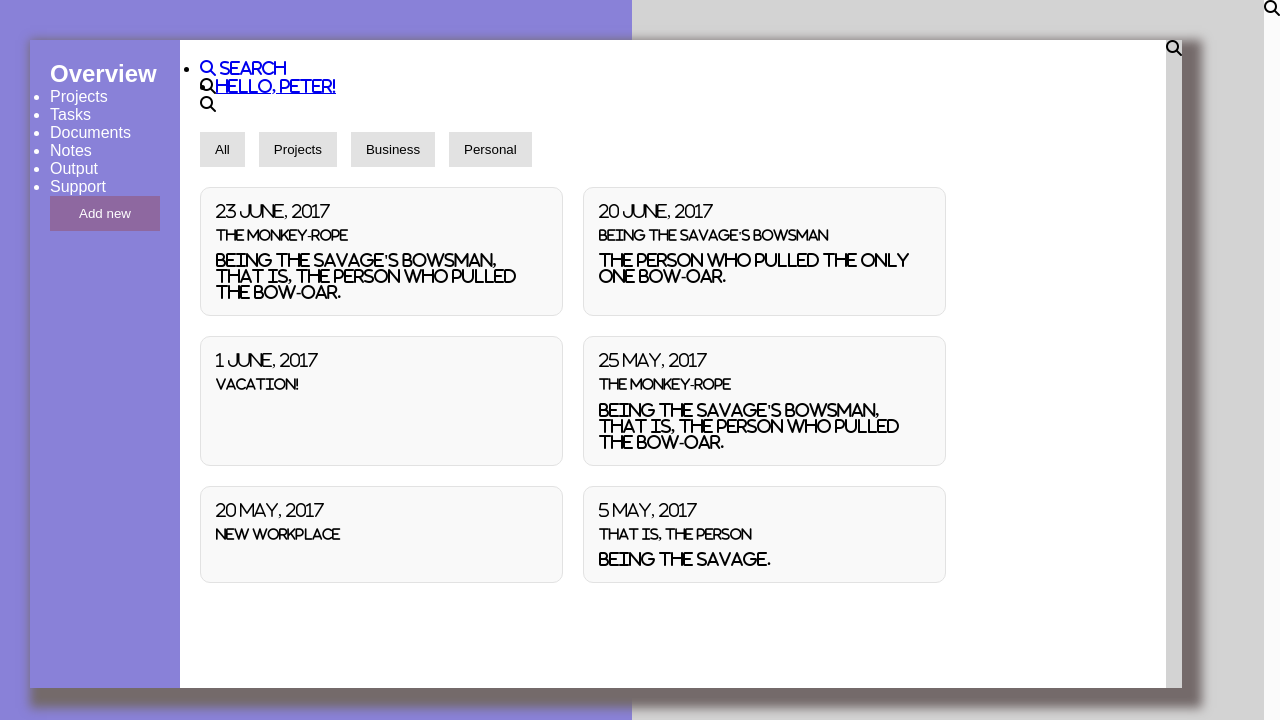
Repository: SatenikGabrielyan/HTML_CSS-_Assignment
Page: index.html
The author's editor kept a copy of each file at every save. The page is drawn from the files as they stood at one save, then again after a run of saves.
The browser window is 1280 px wide. The pictures show the whole page.
Some web libraries are served in a nearby version.

Above is the page before, as saved 2025-03-17 20:19:39.

### index.html
<!DOCTYPE html>
<html lang="en">
  <head>
    <meta charset="UTF-8" />
    <meta name="viewport" content="width=device-width, initial-scale=1.0" />
    <title>Notes App</title>
    <link rel="stylesheet" href="./style.css" />
    <!-- Include Font Awesome for icons -->
    <!-- <link href="https://cdnjs.cloudflare.com/ajax/libs/font-awesome/6.0.0-beta3/css/all.min.css" rel="stylesheet"/> -->
    <script src="https://kit.fontawesome.com/858d305f19.js" crossorigin="anonymous"></script>
</head>
  <body>

      <div class="cont">
          <div class="purp"></div>
          <div class="whit"></div>
      </div>
    <div class="container">
<!--
      <nav class="sidebar">
        <div class="sidebar-header">
          <h2>Notes</h2>
        </div>
        <ul class="sidebar-list">
          <li><i class="fas fa-home"></i> Home</li>
          <li><i class="fas fa-search"></i> Search</li>
          <li><i class="fas fa-bell"></i> Notifications</li>
        </ul>
      </nav>

      <main class="main-content">
        <header>
          <div class="header-left">
            <p>Hello, Peter!</p>
          </div>
          <div class="header-right">
            <i class="fas fa-bell"></i>
            <button class="add-note-btn">
              <i class="fas fa-plus"></i> Add New Note
            </button>
          </div>
        </header>
        <section class="notes-grid">

          <div class="note-item image-note">
            <img src="https://via.placeholder.com/150" alt="Note Image" />
          </div>

          <div class="note-item text-note">
            <p>Sample text note content...</p>
          </div>

          <div class="note-item mixed-note">
            <img src="https://via.placeholder.com/150" alt="Note Image" />
            <p>Sample mixed note content...</p>
          </div>
        </section>
      </main> -->
      <aside class="sidebar">
        <header>
            <h2>Overview</h2>
        </header>
        <nav>
            <ul>
                <li>Projects</li>
                <li>Tasks</li>
                <li>Documents</li>
                <li>Notes</li>
                <li>Output</li>
                <li>Support</li>
            </ul>
        </nav>
        <button class="add-new">Add new</button>
    </aside>

    <main class="main-content">
        <!-- <div class="header">
            <input type="text" placeholder="Search"><i class="fas fa-search"></i>
            <h3>Hello, Peter!</h3>
        <!-- </div> -->
        <!-- <nav class="sidebar"> -->
            <!-- <div class="sidebar-header">
              <h2>Notes</h2>
            </div>
            <ul class="sidebar-list">
              <li><i class="fas fa-home"></i> Home</li>
              <li><i class="fas fa-search"></i> Search</li>
              <li><i class="fas fa-bell"></i> Notifications</li>
            </ul> -->
          <!-- </nav> -->
          <ul class="ab">
            <li class="about"><a href="#search"><i class="fas fa-search"> Search</a></li>
            <li style="float:right"><a class="active" href="#about">Hello, Peter!</a></li>
          </ul>
        <div class="tabs">
            <button>All</button>
            <button>Projects</button>
            <button>Business</button>
            <button>Personal</button>
        </div>
        <div class="notes-grid">
            <div class="note-card">
                <h4>23 June, 2017</h4>
                <h5>The monkey-rope</h5>
                <p>Being the savage's bowsman, that is, the person who pulled the bow-oar.</p>
            </div>
            <div class="note-card">
                <h4>20 June, 2017</h4>
                <h5>Being the savage's bowsman</h5>
                <p>The person who pulled the only one bow-oar.</p>
            </div>
            <div class="note-card">
                <h4>1 June, 2017</h4>
                <h5>Vacation!</h5>
            </div>
            <div class="note-card">
                <h4>25 May, 2017</h4>
                <h5>The monkey-rope</h5>
                <p>Being the savage's bowsman, that is, the person who pulled the bow-oar.</p>
            </div>
            <div class="note-card">
                <h4>20 May, 2017</h4>
                <h5>New workplace</h5>
            </div>
            <div class="note-card">
                <h4>5 May, 2017</h4>
                <h5>That is, the person</h5>
                <p>Being the savage.</p>
            </div>
        </div>
    </main>
    </div>

  </body>
</html>

### style.css
/* CSS Variables for Colors */
:root {
    --bg-color: #fbfbfb;
    --primary-color: #8981d8;
    --secondary-color: #d0d0d0;
    --text-color: #858499;
    --highlight-color: #7f77cc;
    --hover-color: rgba(137, 129, 216, 0.5);
  }


  * {
    margin: 0;
    padding: 0;
    box-sizing: border-box;
  }

  body {
    font-family: Arial, sans-serif;
    background-color: var(--bg-color);
    display: flex;
    height: 100vh;
  }
  .wrapper{
    position: relative;
  }
  .cont{
      display: flex;
      width: 100%;
      position: relative;
      z-index: -1;
      border-radius: 10px;
  }
.purp {
    width: 50%;
    background-color: var(--primary-color);
    flex-direction: row;
}
.whit {
    width: 50%;
    background-color: lightgray;
    flex-direction: row;
}
  .container {
    display: flex;
    width: 90%;
    height: 90%;

    box-shadow: 10px 10px 10px 10px rgb(116, 106, 106);
    margin-left: 30px;
    margin-right: 30px;
    margin-top: 40px;
    margin-bottom: 80px;
    background: center;
    position: absolute;
    z-index: 2;
  }

   .sidebar {
    width: 150px;
    background-color: var(--primary-color);
    color: #fff;
    display: flex;
    flex-direction: column;
    padding: 20px;
  }

  .sidebar-header h2 {
    margin-bottom: 20px;
  }

  .sidebar-list {
    list-style: none;
  }

  .sidebar-list li {
    margin: 15px 0;
    display: flex;
    align-items: center;
    cursor: pointer;
  }

  .sidebar-list li i {
    margin-right: 10px;
  }
   */
  .main-content {
    background-color: white;
    width: 200px;
    flex-grow: 1;
    padding: 20px;
    overflow-y: auto;
  }

  /* header {
    display: flex;
    justify-content: space-between;
    align-items: center;
    margin-bottom: 20px;
  }

  .header-left p {
    font-size: 1.2em;
    color: var(--text-color);
  }

  .header-right {
    display: flex;
    align-items: center;
  }

  .header-right i {
    margin-right: 20px;
    cursor: pointer;
  }

  .add-note-btn {
    background-color: var(--primary-color);
    color: #fff;
    border: none;
    padding: 10px 20px;
    cursor: pointer;
    display: flex;
    align-items: center;
  }

  .add-note-btn i {
    margin-right: 10px;
  }


  .notes-grid {
    display: grid;
    grid-template-columns: repeat(auto-fill, minmax(300px, 1fr));
    gap: 20px;
  }

  .note-item {
    background-color: #fff;
    border-radius: 8px;
    box-shadow: 0 2px 4px rgba(0, 0, 0, 0.1);
    overflow: hidden;
    display: flex;
    flex-direction: column;
    padding: 20px;
  }

  .note-item img {
    width: 100%;
    height: auto;
    border-radius: 8px;
    margin-bottom: 15px;
  }

  .note-item p {
    color: var(--text-color);
    font-size: 1em;
    line-height: 1.5;
  }


  .sidebar-list li:hover {
    background-color: var(--highlight-color);
    transition: background-color 0.3s ease;
  }


  @media (max-width: 768px) {
    .container {
      flex-direction: column;
    }

    .sidebar {
      width: 100%;
      flex-direction: row;
      justify-content: space-around;
      padding: 10px;
    }

    .sidebar-list {
      display: flex;
      flex-direction: row;
      gap: 15px;
    }

    .sidebar-list li {
      margin: 0;
    }

    .main-content {
      padding: 10px;
    }

    header {
      flex-direction: column;
      align-items: flex-start;
    }

    .header-right {
      margin-top: 10px;
    }

    .notes-grid {
      grid-template-columns: 1fr;
    }

    .note-item {
      padding: 10px;
    }

    .note-item img {
      margin-bottom: 10px;
    }
  } */
  /* .sidebar {
    background-color: #5e4b9a;
    color: white;
    width: 300px;
    padding: 20px;
} */

/* .sidebar header {
    font-size: 24px;
}

.sidebar nav ul {
    list-style: none;
    padding: 0;
}

.sidebar nav ul li {
    margin: 15px 0;
} */

.add-new {
    background-color: #8e68a0;
    color: white;
    border: none;
    padding: 10px;
    cursor: pointer;
}

.main-content {
    flex: 1;
    padding: 20px;
    background-color: white;
}

.header {
    display: flex;
    justify-content: space-between;
    align-items: center;
}

.header input {
    padding: 10px;
    width: 70%;
}

.header h3 {
    margin: 0;
}

.tabs {
    margin: 20px 0;
}

.tabs button {
    margin-right: 10px;
    padding: 10px 15px;
    border: none;
    background-color: #e2e2e2;
    cursor: pointer;
}

.notes-grid {
    display: grid;
    grid-template-columns: repeat(auto-fill, minmax(240px, 1fr));
    gap: 20px;
}

.note-card {
    border: 1px solid #e2e2e2;
    border-radius: 10px;
    padding: 15px;
    background-color: #f9f9f9;
}

.note-card h4 {
    margin: 0;
    font-weight: normal;
}

.note-card h5 {
    margin: 10px 0;
}

After the next 5 saves:
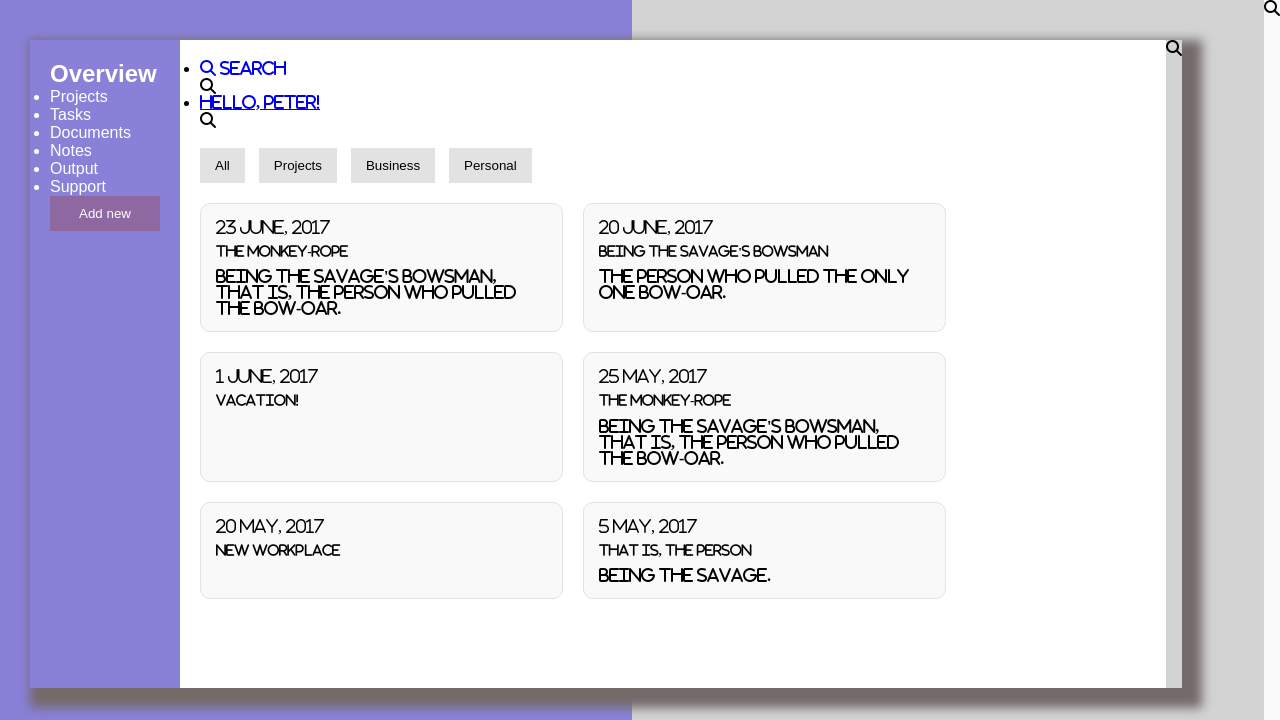
The 5 saves are shown as one change because they came seconds apart.
The last was saved 20 s later.
--- a/index.html
+++ b/index.html
@@ -90,7 +90,8 @@
           <!-- </nav> -->
           <ul class="ab">
             <li class="about"><a href="#search"><i class="fas fa-search"> Search</a></li>
-            <li style="float:right"><a class="active" href="#about">Hello, Peter!</a></li>
+            <li class="about"
+            zzzstyle="float:right"><a class="active" href="#about">Hello, Peter!</a></li>
           </ul>
         <div class="tabs">
             <button>All</button>

After the 2 saves that followed:
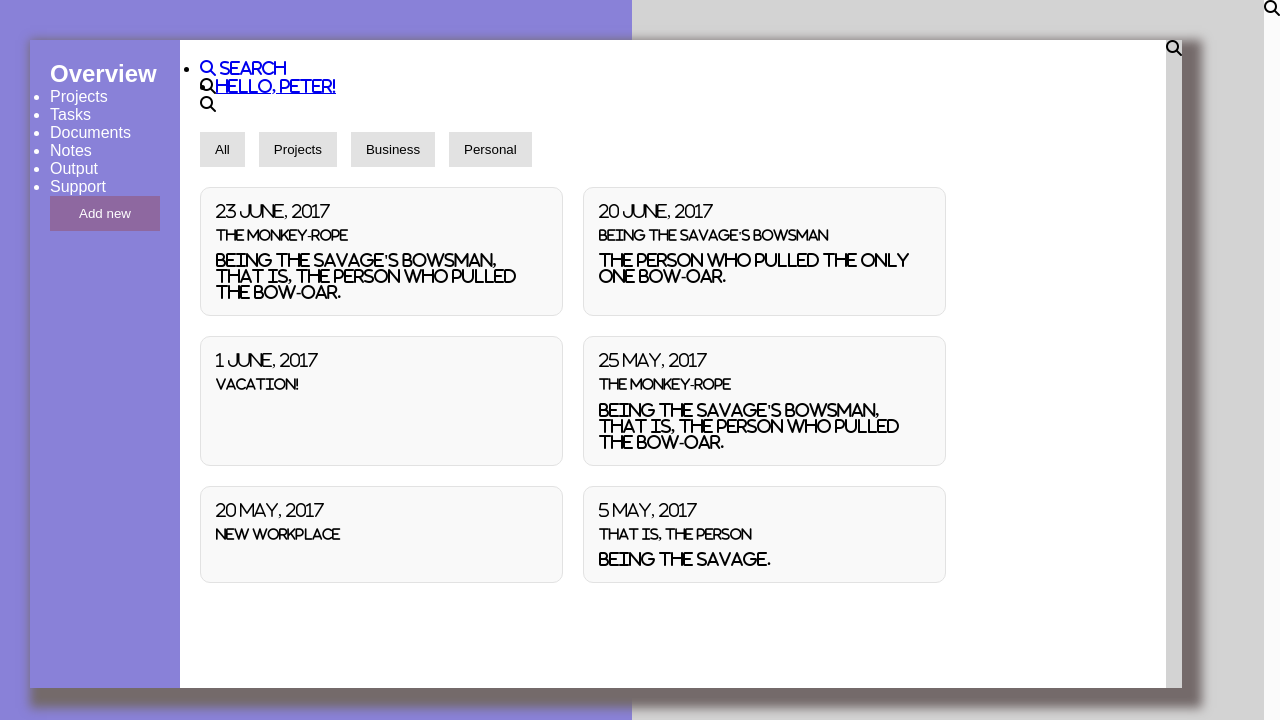
The 2 saves are shown as one change because they came seconds apart.
The last was saved 6 s later.
--- a/index.html
+++ b/index.html
@@ -90,8 +90,7 @@
           <!-- </nav> -->
           <ul class="ab">
             <li class="about"><a href="#search"><i class="fas fa-search"> Search</a></li>
-            <li class="about"
-            zzzstyle="float:right"><a class="active" href="#about">Hello, Peter!</a></li>
+            <li class="about" style="float:right"><a class="active" href="#about">Hello, Peter!</a></li>
           </ul>
         <div class="tabs">
             <button>All</button>
